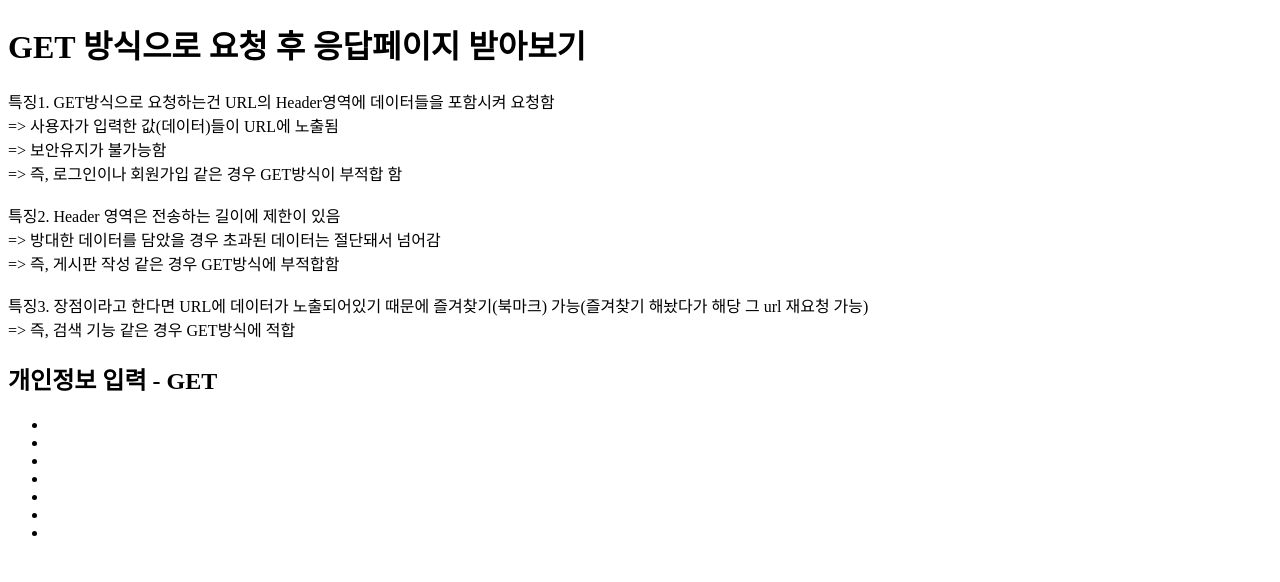
Repository: Young-27/DailyStudy
Page: Server/web-workspace1/1_Servlet/WebContent/views/requestTest_GET.html
These files come from the project's save history. The page is drawn as it stood at one moment and after the next save; the edit follows.
The browser window is 1280 px wide. The pictures show the whole page.

Above is the page before, as saved 2021-04-26 10:29:05.

### Server/web-workspace1/1_Servlet/WebContent/views/requestTest_GET.html
<!DOCTYPE html>
<html>
<head>
<meta charset="UTF-8">
<title>Insert title here</title>
</head>
<body>

	<h1>GET 방식으로 요청 후 응답페이지 받아보기</h1>

	<p>
		특징1. GET방식으로 요청하는건 URL의 Header영역에 데이터들을 포함시켜 요청함 <br>
		=> 사용자가 입력한 값(데이터)들이 URL에 노출됨 <br>
		=> 보안유지가 불가능함 <br>
		=> 즉, 로그인이나 회원가입 같은 경우 GET방식이 부적합 함 <br><br>

		특징2. Header 영역은 전송하는 길이에 제한이 있음 <br>
		=> 방대한 데이터를 담았을 경우 초과된 데이터는 절단돼서 넘어감 <br>
		=> 즉, 게시판 작성 같은 경우 GET방식에 부적합함 <br><br>

		특징3. 장점이라고 한다면 URL에 데이터가 노출되어있기 때문에 즐겨찾기(북마크) 가능(즐겨찾기 해놨다가 해당 그 url 재요청 가능) <br>
		=> 즉, 검색 기능 같은 경우 GET방식에 적합
	</p>

	<h2>개인정보 입력 - GET</h2>

	<form action="" method="get">

		<ul>
			<li></li>
			<li></li>
			<li></li>
			<li></li>
			<li></li>
			<li></li>
			<li></li>
		</ul>


	</form>


</body>
</html>

After the next save:
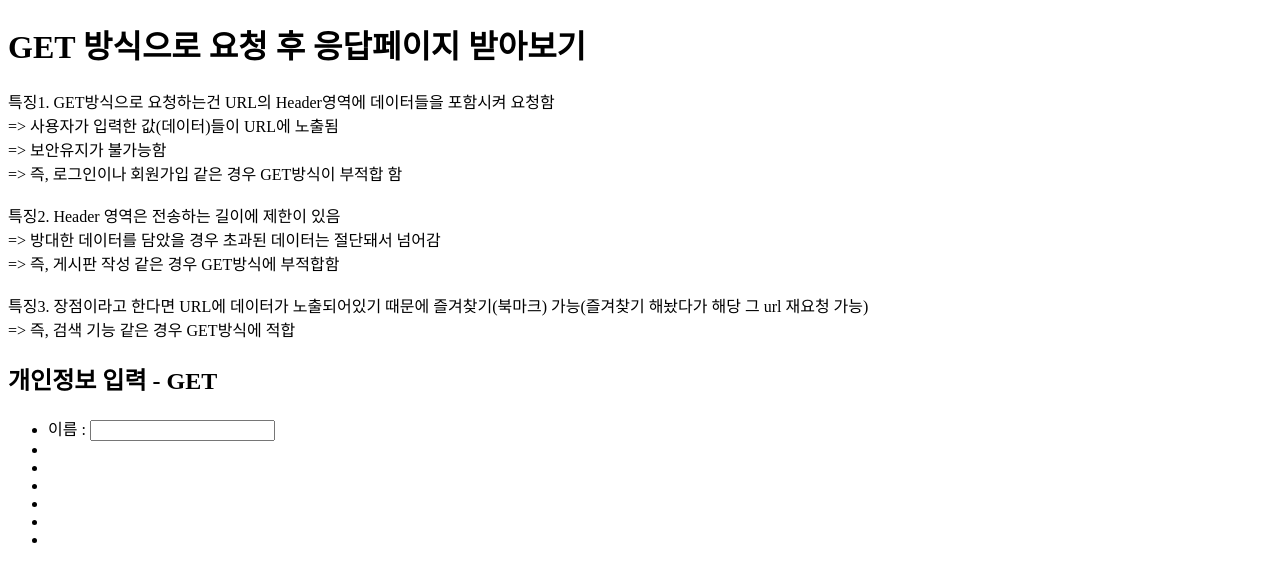
Saved 101 s later.
--- a/Server/web-workspace1/1_Servlet/WebContent/views/requestTest_GET.html
+++ b/Server/web-workspace1/1_Servlet/WebContent/views/requestTest_GET.html
@@ -27,7 +27,7 @@
 	<form action="" method="get">
 
 		<ul>
-			<li></li>
+			<li>이름 : <input type="text" name="name"></li>
 			<li></li>
 			<li></li>
 			<li></li>
